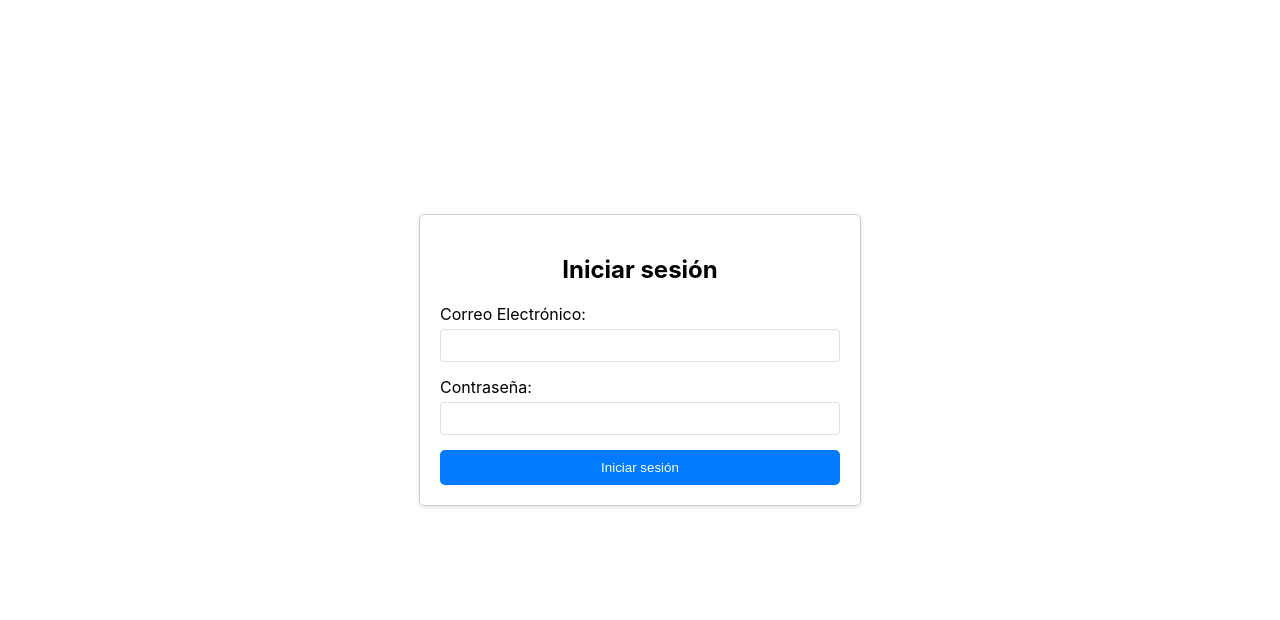
Repository: anuskazw/badminton
Page: /
These files come from the project's save history. The page is drawn as it stood at one moment and after the next save; the edit follows.
The browser window is 1280 px wide. The pictures show the whole page.
The project was rebuilt for these pictures with package versions that can differ from the ones it lists, and the page was loaded fresh each time.

Above is the page before, as saved 2024-11-24 22:38:44.

After the next save:
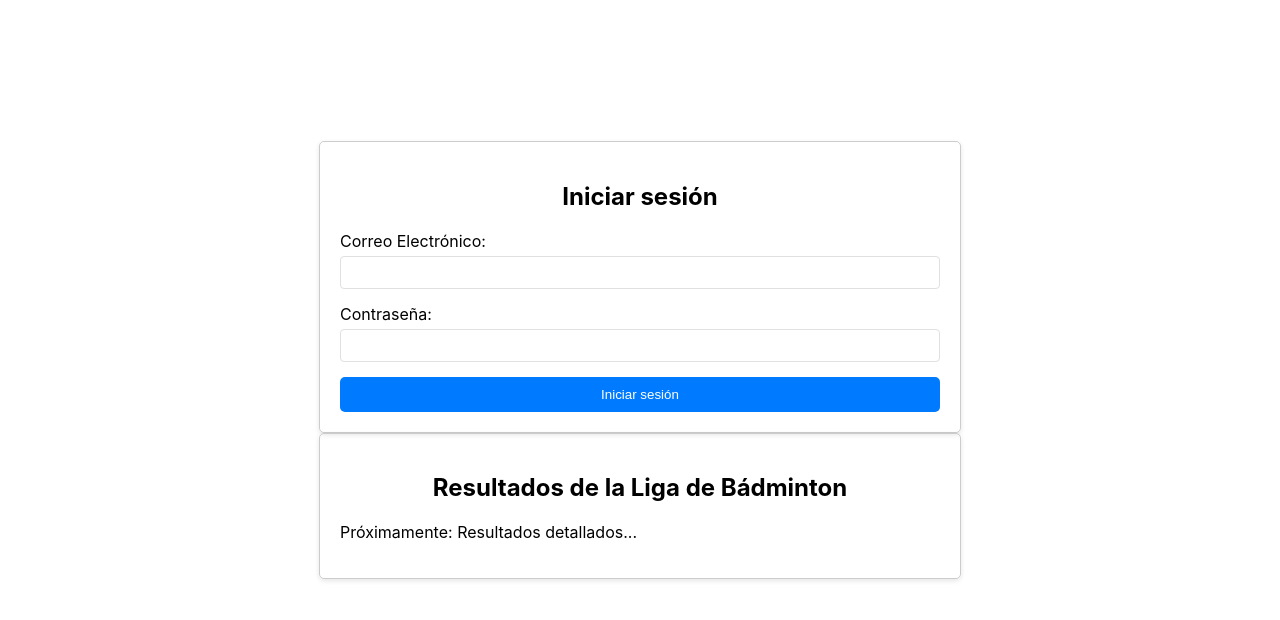
Saved 4 s later.
--- a/src/App.js
+++ b/src/App.js
@@ -1,10 +1,12 @@
 import React from 'react';
 import Login from './components/Login';
+import Dashboard from './components/Dashboard';
 
 function App() {
     return (
         <div className="App">
             <Login />
+            <Dashboard />
         </div>
     );
 }

After the save that followed:
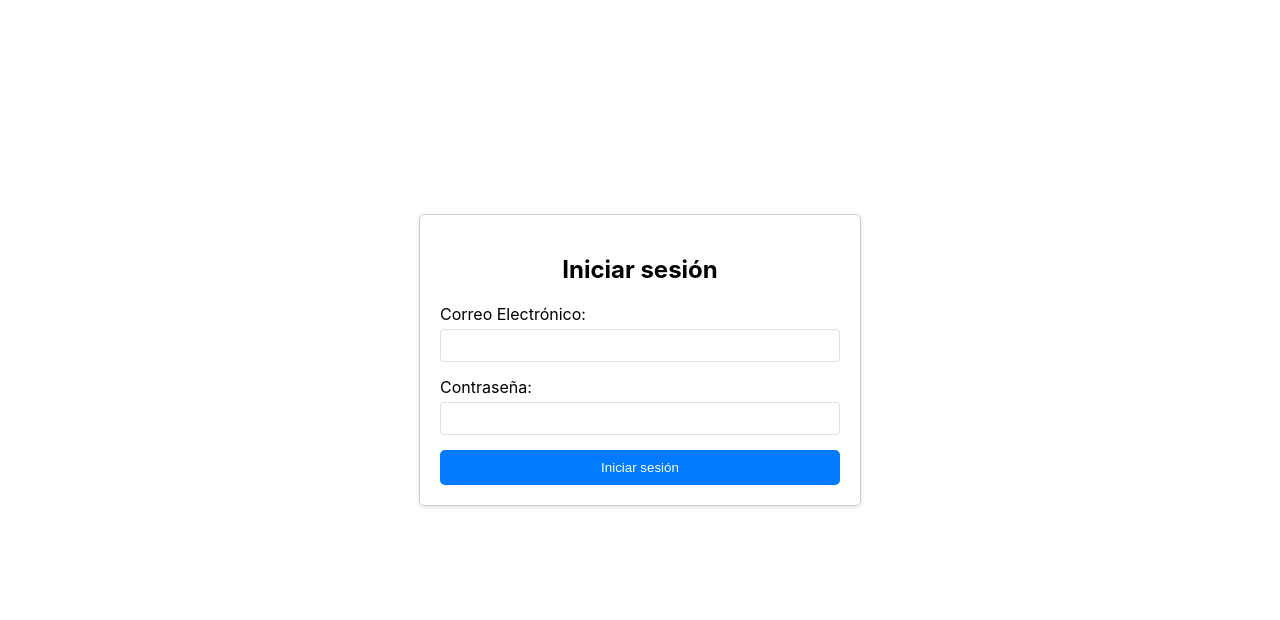
Saved 86 s later.
--- a/src/App.js
+++ b/src/App.js
@@ -1,13 +1,18 @@
 import React from 'react';
+import { BrowserRouter as Router, Route, Routes } from 'react-router-dom';
 import Login from './components/Login';
 import Dashboard from './components/Dashboard';
 
 function App() {
     return (
-        <div className="App">
-            <Login />
-            <Dashboard />
-        </div>
+        <Router>
+            <div className="App">
+                <Routes>
+                    <Route path="/" element={<Login />} />
+                    <Route path="/dashboard" element={<Dashboard />} />
+                </Routes>
+            </div>
+        </Router>
     );
 }
 
